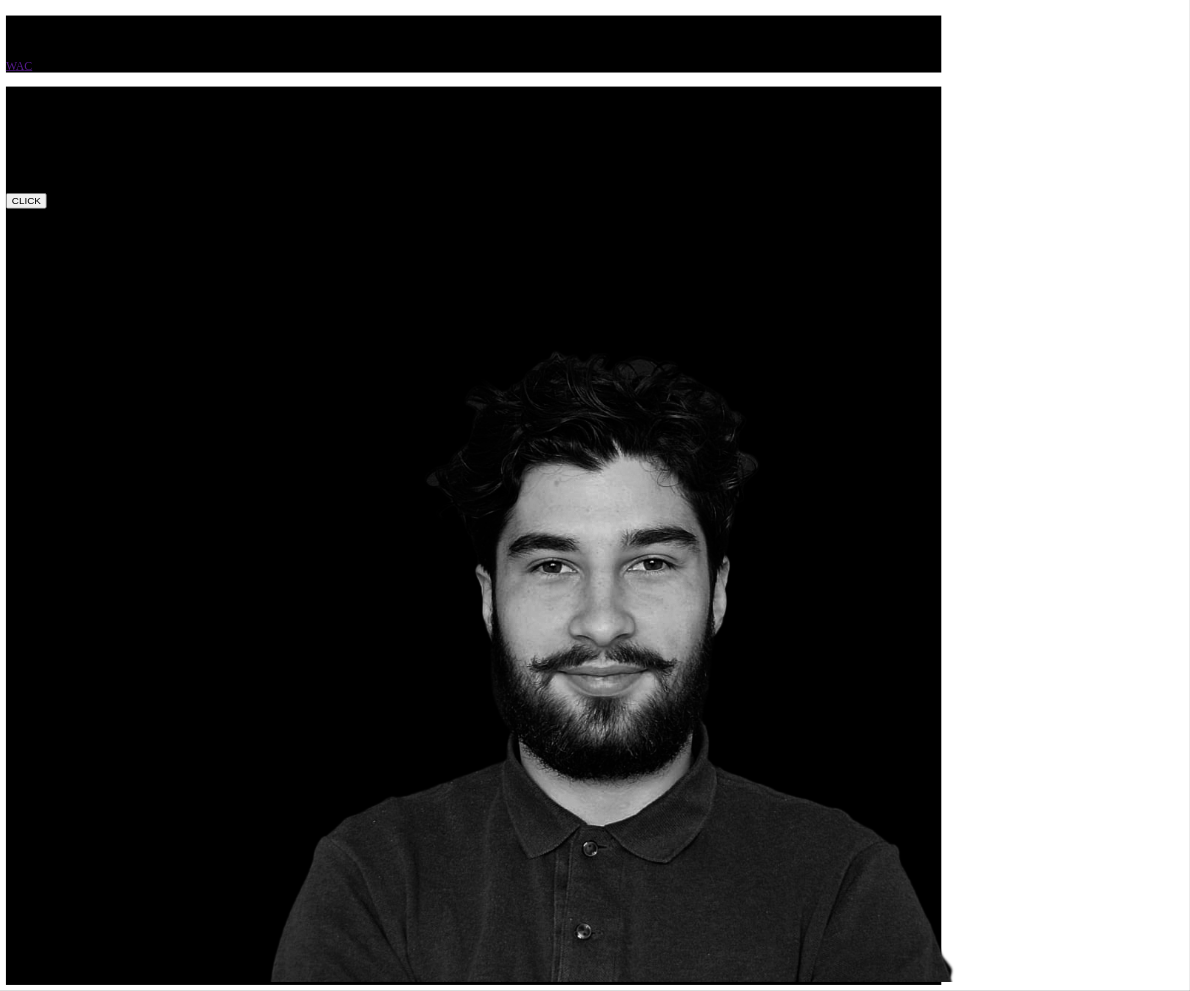
Repository: romgrm/portfolioRomgrm
Page: /
The author's editor kept a copy of each file at every save. The page is drawn from the files as they stood at one save, then again after a run of saves.
The browser window is 1280 px wide. The page is 1608 px wide, so the pictures cover 1608 px, including what lies to the right of the window. The pictures show the whole page, at 74% of full size.
The project was rebuilt for these pictures with package versions that can differ from the ones it lists, and the page was loaded fresh each time. A package was used in the major version that the imports need, not the one package.json lists. Also part of the build but not shown: src/components/About.js, src/components/Work.js, src/Styles/main.css.

Above is the page before, as saved 2020-12-16 20:11:55.

After the next 8 saves:
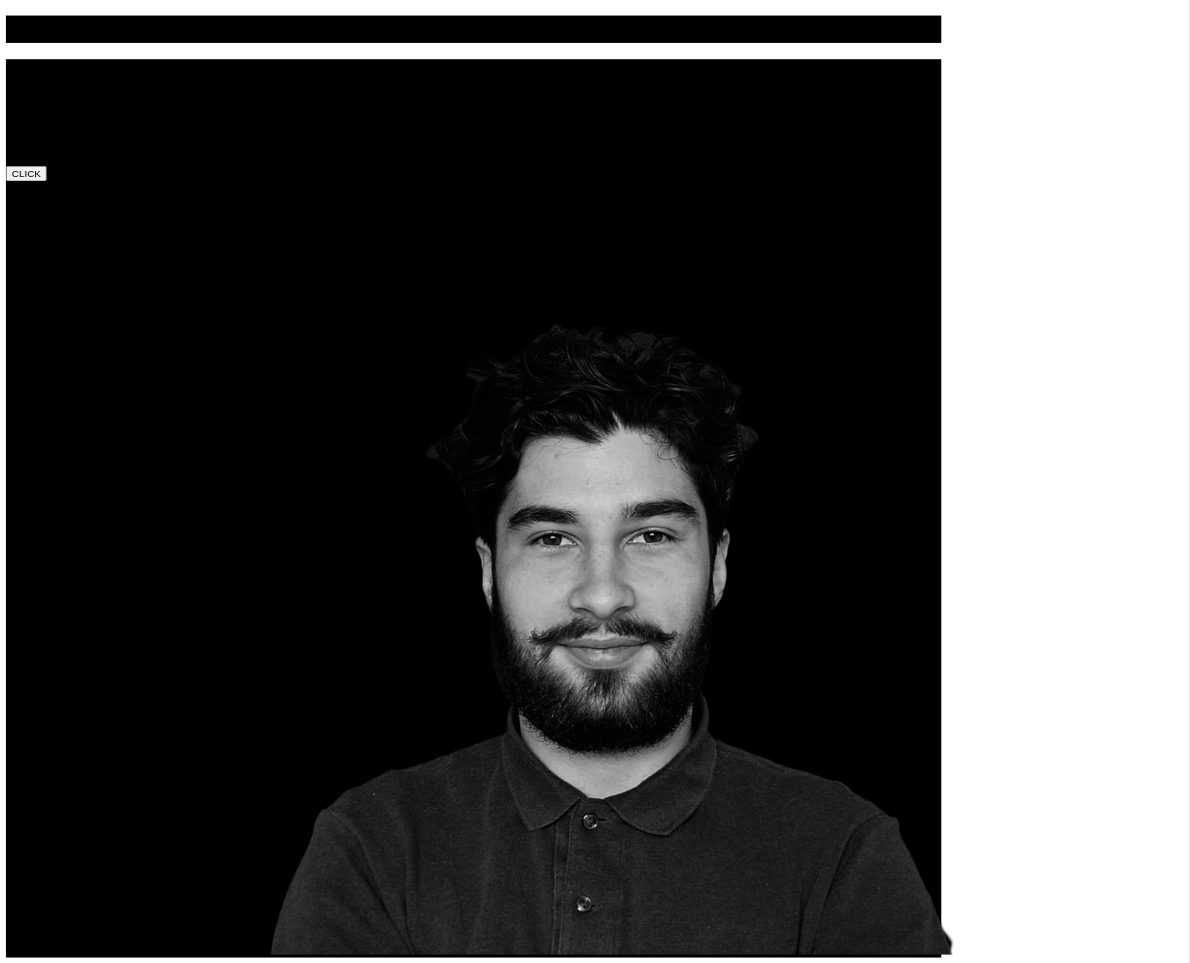
The 8 saves are shown as one change because 3 did not build or start and some came seconds apart.
The last was saved 115 s later.
--- a/src/components/Navigation.js
+++ b/src/components/Navigation.js
@@ -13,7 +13,8 @@ export default function Navigation() {
                     {content.nav.links.map((link, index) => {
                         return (
                             <Link key={index} className="nav-link mr-2">
-                                {link[0]}
+                                {link.text[0]}
+                                {link.text[1]}
                             </Link>
                         );
                     })}
--- a/src/content/index.js
+++ b/src/content/index.js
@@ -1,7 +1,7 @@
 export default {
   nav: {
     logo: 'Hello',
-    links: ['Work', 'About', 'Contact'
+     links: [
       // { text: 'Work', to: '/work' },
       // { text: 'About', to: '/about' },
       // { text: 'Contact', to: 'mycontact' },

After the save that followed:
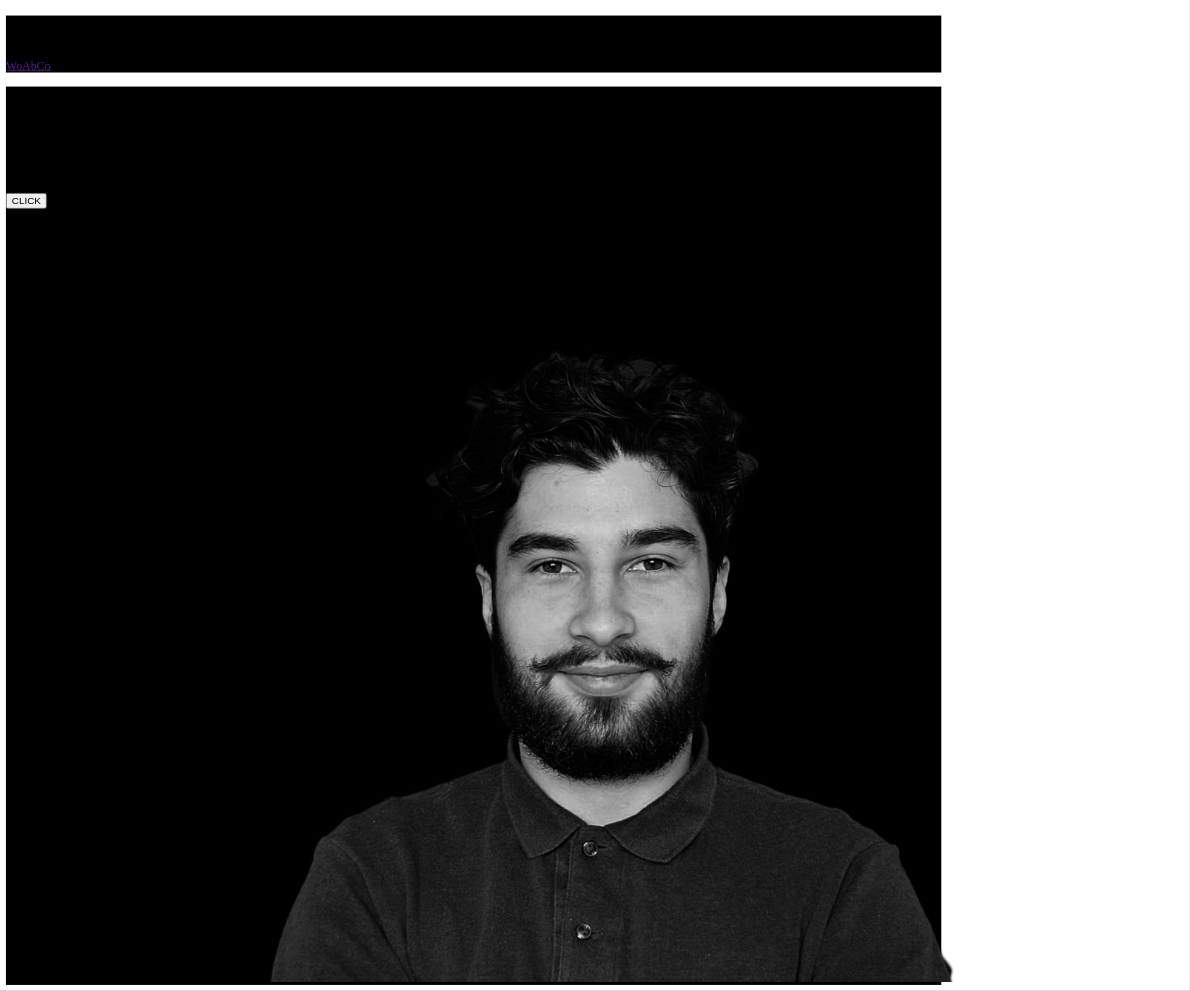
Saved 5 s later.
--- a/src/content/index.js
+++ b/src/content/index.js
@@ -2,9 +2,9 @@
   nav: {
     logo: 'Hello',
      links: [
-      // { text: 'Work', to: '/work' },
-      // { text: 'About', to: '/about' },
-      // { text: 'Contact', to: 'mycontact' },
+      { text: 'Work', to: '/work' },
+      { text: 'About', to: '/about' },
+      { text: 'Contact', to: 'mycontact' },
     ],
   },
   header: {
